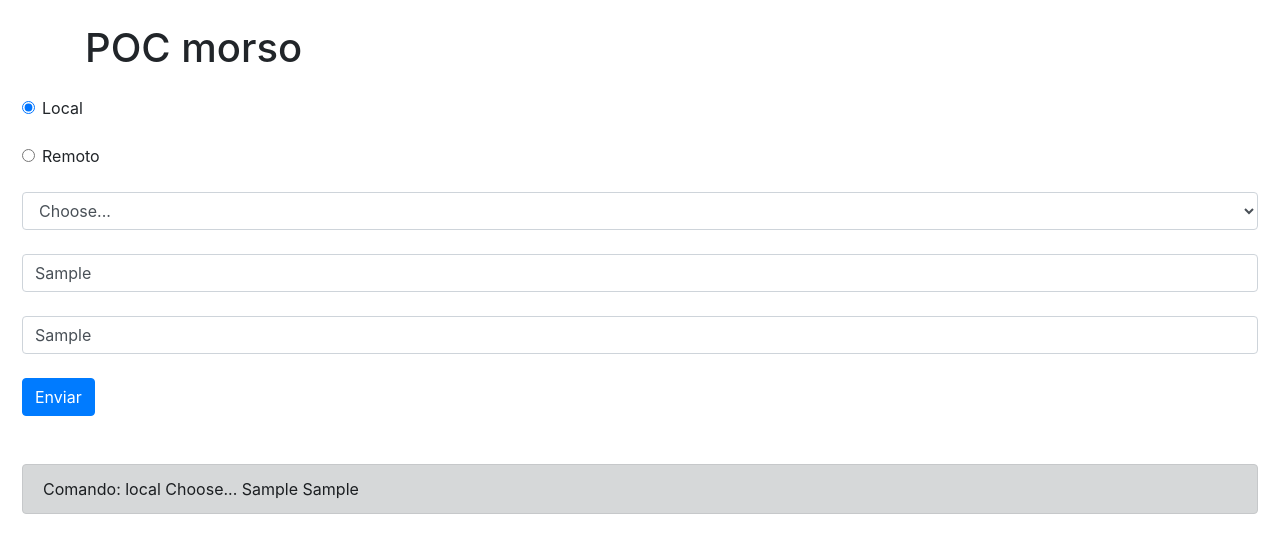
Repository: marisaoliva/poc-execute-cmd
Page: index.html
These files come from the project's save history. The page is drawn as it stood at one moment and after the next save; the edit follows.
The browser window is 1280 px wide. The pictures show the whole page.
Empty fields were first filled with sample values (such as "Sample", 5 or name@example.com).
After loading, the first visible `button.btn` was clicked once.

Above is the page before, as saved 2019-03-01 15:18:04.

### index.html
<html>
    <head>
        <link rel="stylesheet" href="https://stackpath.bootstrapcdn.com/bootstrap/4.3.1/css/bootstrap.min.css" integrity="sha384-ggOyR0iXCbMQv3Xipma34MD+dH/1fQ784/j6cY/iJTQUOhcWr7x9JvoRxT2MZw1T" crossorigin="anonymous">
        <style>
            .alert{
                width: 100%;
            }
        </style>
    </head>
    <body>
        <div class='container mt-4'>
            <h1>POC morso</h1>
              <form">
                <div class="mx-md-n5 mt-4">
                    <div class="form-check row mt-4">
                        <input class="form-check-input" type="radio" name="exampleRadios" id="exampleRadios1" value="local" checked>
                        <label class="form-check-label" for="exampleRadios1">
                                Local
                        </label>
                    </div>
                    <div class="form-check row mt-4">
                        <input class="form-check-input" type="radio" name="exampleRadios" id="exampleRadios2" value="remoto">
                        <label class="form-check-label" for="exampleRadios2">
                                Remoto
                        </label>
                    </div>
                    <div class='row mt-4'>
                        <select id="inputState" class="form-control">
                            <option selected>Choose...</option>
                            <option>Hola</option>
                            <option>Adios</option>
                        </select>
                    </div>
                    <div class="row mt-4">
                        <input type="text" class="form-control" id='input1' placeholder="Input 1">
                    </div>
                    <div class="row mt-4">
                        <input type="text" class="form-control" id='input2' placeholder="Input 2">
                    </div>
                    <div class='row mt-4'>
                       <button type="button" class="btn btn-primary" onclick="onClickButton()">Enviar</button>
                    </div>
                    <div class='row mt-5'>
                        <div class="alert alert-dark" role="alert">
                            Comando: <span id='command'></span>
                        </div>
                    </div>
                </div>
              </form>
        </div>
        <script>
            function onClickButton(){
                var radio = $("input[type='radio']:checked").val()
                var select = $("#inputState").val();
                var input1 = $("#input1").val();
                var input2 = $("#input2").val();
                comando='';
                var comando =radio+" "+select+" "+input1+" "+input2
                $("#command").append(comando);
            }

        </script>
        <script
            src="https://code.jquery.com/jquery-3.3.1.min.js"
            integrity="sha256-FgpCb/KJQlLNfOu91ta32o/NMZxltwRo8QtmkMRdAu8="
            crossorigin="anonymous"></script>
    </body>
</html>

After the next save:
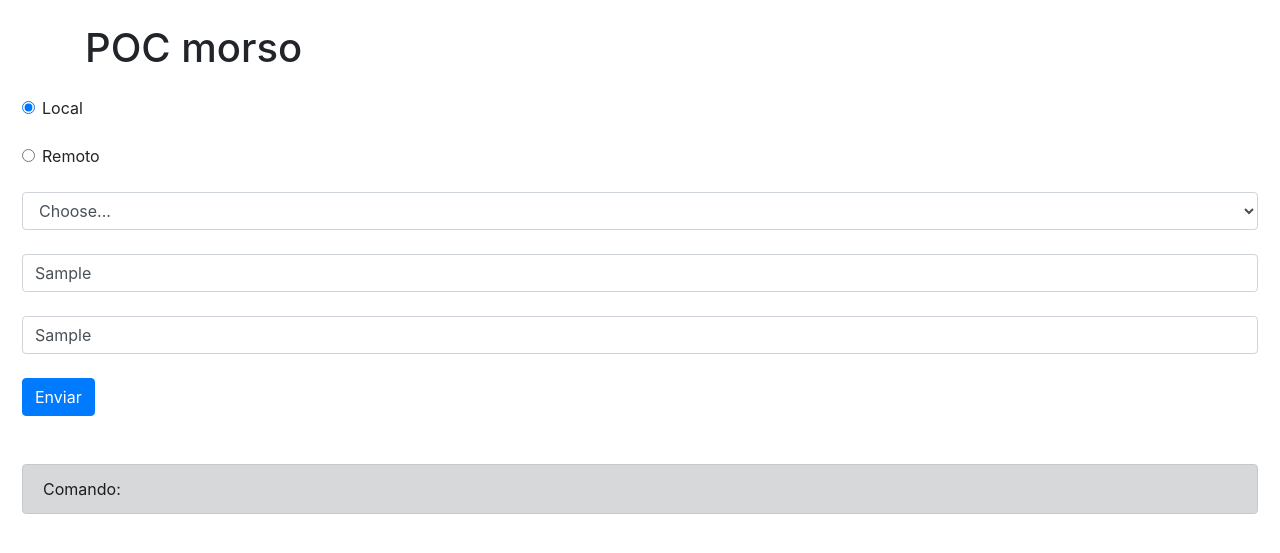
Saved 116 s later.
--- a/index.html
+++ b/index.html
@@ -56,7 +56,10 @@
                 var input2 = $("#input2").val();
                 comando='';
                 var comando =radio+" "+select+" "+input1+" "+input2
-                $("#command").append(comando);
+
+                $.post( "localhost:3000/command", function( data ) {
+                    $("#command").append(comando);
+                });
             }
 
         </script>
